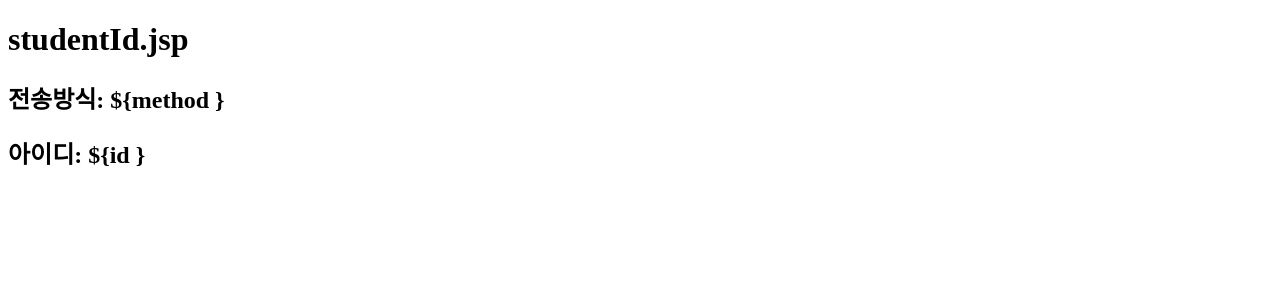
Repository: AsnemBlue/spring_Note
Page: ch11_requestmapping/src/main/webapp/WEB-INF/views/studentId.html
These files come from the project's save history. The page is drawn as it stood at one moment and after the next save; the edit follows.
The browser window is 1280 px wide. The pictures show the whole page.

Above is the page before, as saved 2020-03-30 03:54:59.

### ch11_requestmapping/src/main/webapp/WEB-INF/views/studentId.html
<!DOCTYPE html>
<html>
<head>
<meta charset="UTF-8">
<title>Insert title here</title>
</head>
<body>
	<h1>studentId.jsp</h1>
	<h2>전송방식: ${method }</h2>
	<h2>아이디: ${id }</h2>
</body>
</html>

After the next save:
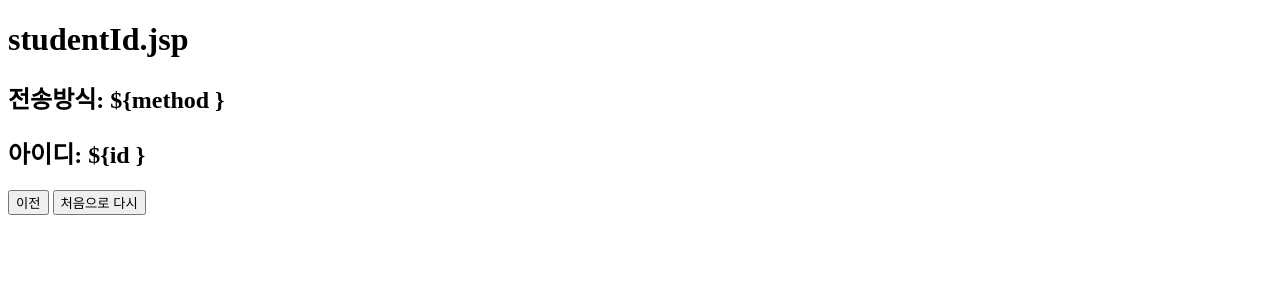
Saved 56 s later.
--- a/ch11_requestmapping/src/main/webapp/WEB-INF/views/studentId.html
+++ b/ch11_requestmapping/src/main/webapp/WEB-INF/views/studentId.html
@@ -8,5 +8,7 @@
 	<h1>studentId.jsp</h1>
 	<h2>전송방식: ${method }</h2>
 	<h2>아이디: ${id }</h2>
+	<button onclick="history.back()">이전</button>
+	<button onclick="location.href='${conPath }/main.do'">처음으로 다시</button>
 </body>
 </html>
